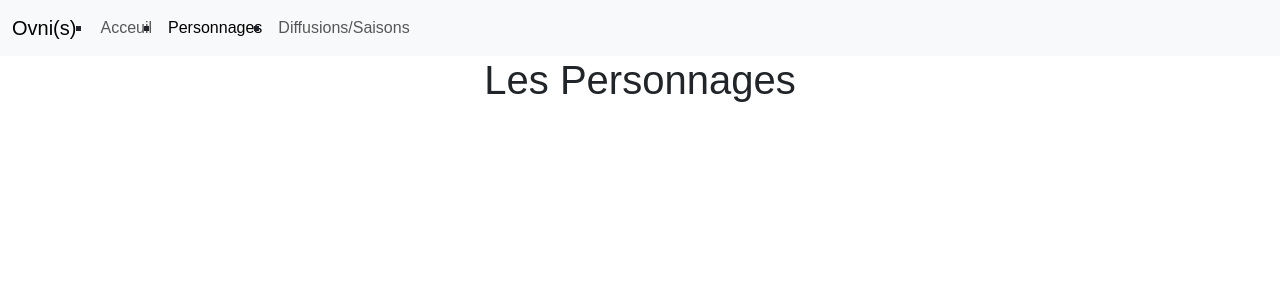
Repository: Timazoy/Site_ovni_tp
Page: perso.html
These files come from the project's save history. The page is drawn as it stood at one moment and after the next save; the edit follows.
The browser window is 1280 px wide. The pictures show the whole page.
Some web fonts or font styles are not loaded; a fallback is used.

Above is the page before, as saved 2025-12-16 13:52:26.

After the next save:
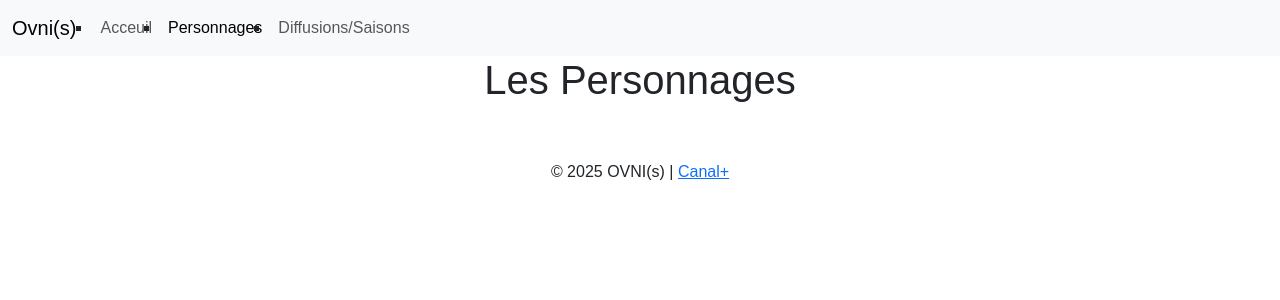
Saved 30 s later.
--- a/perso.html
+++ b/perso.html
@@ -43,19 +43,19 @@
 
 
 
-<div class="container text-center">
-  <div class="row">
-    <div class="col">
-      <!--Fait pour mettre du contenue dans la colonne de milieu-->
+    <div class="container text-center">
+        <div class="row">
+            <div class="col">
+                <!--Fait pour mettre du contenue dans la colonne de milieu-->
+            </div>
+            <div class="col-15">
+                <h1>Les Personnages</h1>
+            </div>
+            <div class="col">
+                <!--Fait pour mettre du contenue dans la colonne de milieu-->
+            </div>
+        </div>
     </div>
-    <div class="col-15">
-      <h1>Les Personnages</h1>
-    </div>
-    <div class="col">
-      <!--Fait pour mettre du contenue dans la colonne de milieu-->
-    </div>
-  </div>
-</div>
 
 
 
@@ -64,6 +64,9 @@
     <script src="https://cdn.jsdelivr.net/npm/bootstrap@5.3.8/dist/js/bootstrap.bundle.min.js"
         integrity="sha384-FKyoEForCGlyvwx9Hj09JcYn3nv7wiPVlz7YYwJrWVcXK/BmnVDxM+D2scQbITxI"
         crossorigin="anonymous"></script>
+    <footer class="text-center mt-5">
+        <p>&copy; 2025 OVNI(s) | <a href="https://www.canalplus.com/" target="_blank">Canal+</a></p>
+    </footer>
 </body>
 
 </html>
